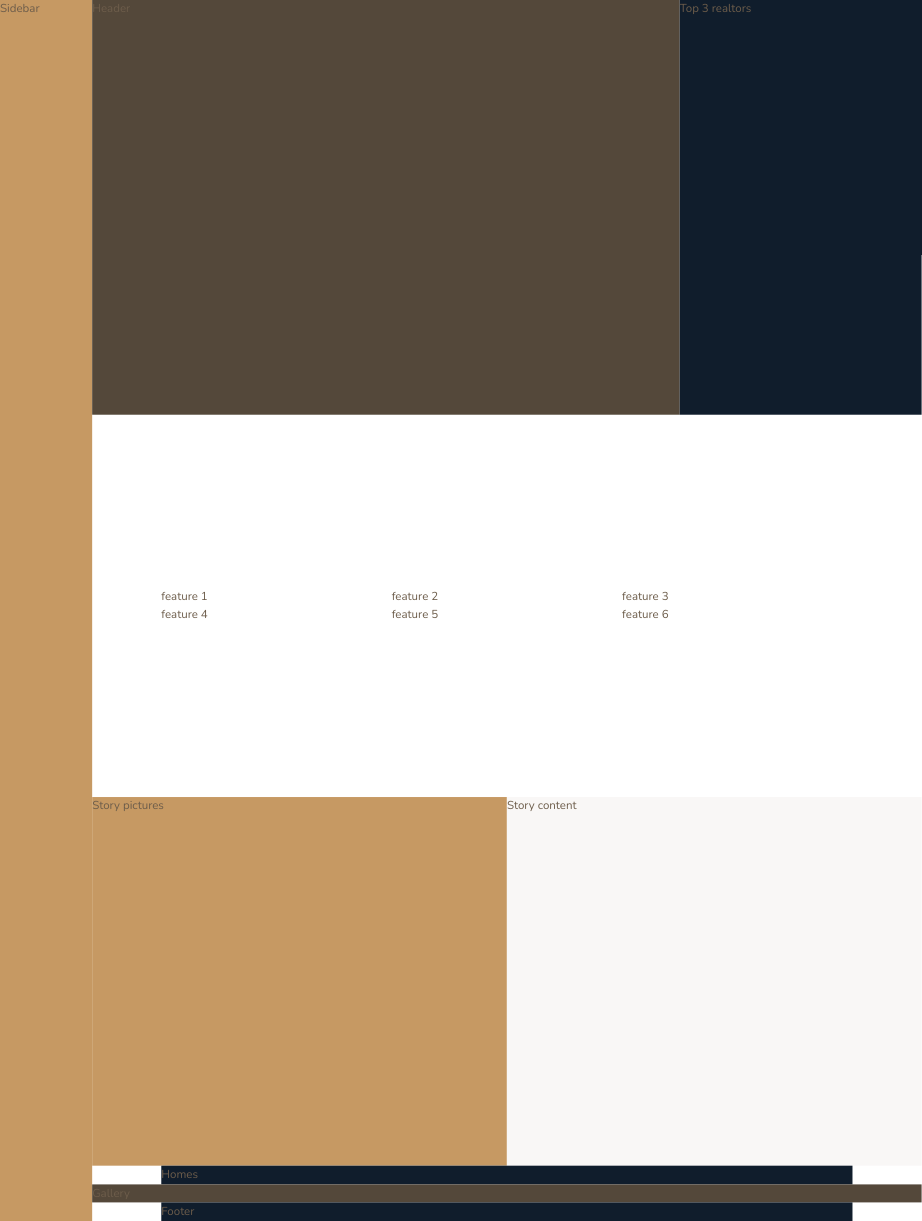
Repository: achwesiuk/nexter
Page: index.html
An editor plug-in stored every save of this project. The page is shown before and after the next save, followed by the edit.
The browser window is 1280 px wide. The pictures show the whole page, at 72% of full size.
The style sheet was rebuilt from its Sass, Less or Tailwind sources for each picture, by a compiler version that may differ from the author's.

Above is the page before, as saved 2021-02-19 17:08:47.

### index.html
<!DOCTYPE html>
<html lang="en">
    <head>
        <meta charset="UTF-8">
        <meta name="viewport" content="width=device-width, initial-scale=1.0">
        <meta http-equiv="X-UA-Compatible" content="ie=edge">

        <link href="https://fonts.googleapis.com/css?family=Josefin+Sans:300,400,400i|Nunito:300,300i" rel="stylesheet">
        <link rel="stylesheet" href="css/style.css">
        <link rel="shortcut icon" type="image/png" href="img/favicon.png">

        <title>nexter &mdash; your home, your freedom</title>
    </head>
    <body class="container">
        <div class="sidebar">
            Sidebar
        </div>

        <header class="header">
            Header
        </header>

        <div class="realtors">
            Top 3 realtors
        </div>

        <section class="features">
            <div class="feature">feature 1</div>
            <div class="feature">feature 2</div>
            <div class="feature">feature 3</div>
            <div class="feature">feature 4</div>
            <div class="feature">feature 5</div>
            <div class="feature">feature 6</div>
        </section>

        <div class="story__pictures">
            Story pictures
        </div>

        <div class="story__content">
            Story content
        </div>

        <section class="homes">
            Homes
        </section>

        <section class="gallery">
            Gallery
        </section>

        <footer>
            Footer
        </footer>
    </body>
</html>

### sass/main.scss
@import "base";
@import "typography";

@import "sidebar";
@import "header";
@import "realtors";
@import "features";
@import "story";
@import "homes";
@import "gallery";
@import "footer";

### sass/_base.scss
// COLOR VARIABLES
$color-primary: #c69963;
$color-primary-dark: #B28451;

$color-secondary: #101d2c;

$color-grey-light-1: #f9f7f6;
$color-grey-light-2: #aaa;

$color-grey-dark-1: #54483A;
$color-grey-dark-2: #6D5D4B;

// FONT VARIABLES
$font-primary: 'Nunito', sans-serif;
$font-display: 'Josefin Sans', sans-serif;

*,
*::before,
*::after {
    margin: 0;
    padding: 0;
    -webkit-box-sizing: inherit;
            box-sizing: inherit; //dziedziczy po HTML
}

.html {
    -webkit-box-sizing: border-box;
            box-sizing: border-box;
    font-size: 62.5%; // 10px / 16px = 62.5% -> 1rem = 10px
}

body {
    font-family: $font-primary;
    color: $color-grey-dark-2;
    font-weight: 300;
    line-height: 1.6;
}

.container {
    display: grid;
    grid-template-rows: 80vh min-content 40vw repeat(3, min-content); // 1.wiersz - wysokość wiersza jest wartością procentową vh; jest to siatka jawna z jednym wierszem, pozostałe elementy będą dodane w siatce niejawnej (elementy, które nie mają miejsca w siatce jawnej)
    // 2. wiersz - wysokość wiersza uzależniona od zawartej w nim treści
    // 2. auto - domyślne, jeżeli nic nie będzie określone; również dopasowuje się do treści
    // 3. wiersz - wiersz uzależniony od szerokości układu (podczas zmiany szerokości widoku zmieniają się wymiary wiersza - zwęża się, rośnie)
    // 4, 5, 6 - wysokość wiersza uzależnione od jego zawartości
    grid-template-columns: [sidebar-start] 8rem [sidebar-end full-start] minmax(6rem, 1fr) [center-start] repeat(8, [col-start] minmax(min-content, 14rem) [col-end]) [center-end] minmax(6rem, 1fr) [full-end];
}

### sass/_sidebar.scss
.sidebar {
    background-color: $color-primary;
    grid-column: sidebar-start / sidebar-end;
    grid-row: 1 / -1;
}

### sass/_header.scss
.header {
    background-color: $color-grey-dark-1;
    grid-column: full-start / col-end 6;
}

### sass/_realtors.scss
.realtors {
    background-color: $color-secondary;
    grid-column: col-start 7 / full-end;
}

### sass/_features.scss
.features {
    grid-column: center-start / center-end;

    margin: 15rem 0;

    display: grid;
    grid-template-columns: repeat(3, 1fr);
    //grid-template-rows: auto auto; niepotrzebne, ponieważ wiersze i tak układają się w ten sposób
}

### sass/_story.scss
.story {

    &__pictures {
        background-color: $color-primary;
        grid-column: full-start / col-end 4;
    }

    &__content {
        background-color: $color-grey-light-1;
        grid-column: col-start 5 / full-end;
    }
}

### sass/_homes.scss
.homes {
    background-color: $color-secondary;
    grid-column: center-start / center-end;
}

### sass/_gallery.scss
.gallery {
    background-color: $color-grey-dark-1;
    grid-column: full-start / full-end;
}

### sass/_footer.scss
footer {
    background-color: $color-secondary;
    grid-column: center-start / center-end;
}

Loaded but not shown: sass/_typography.scss (no stored copy; drawn as an empty file)

After the next save:
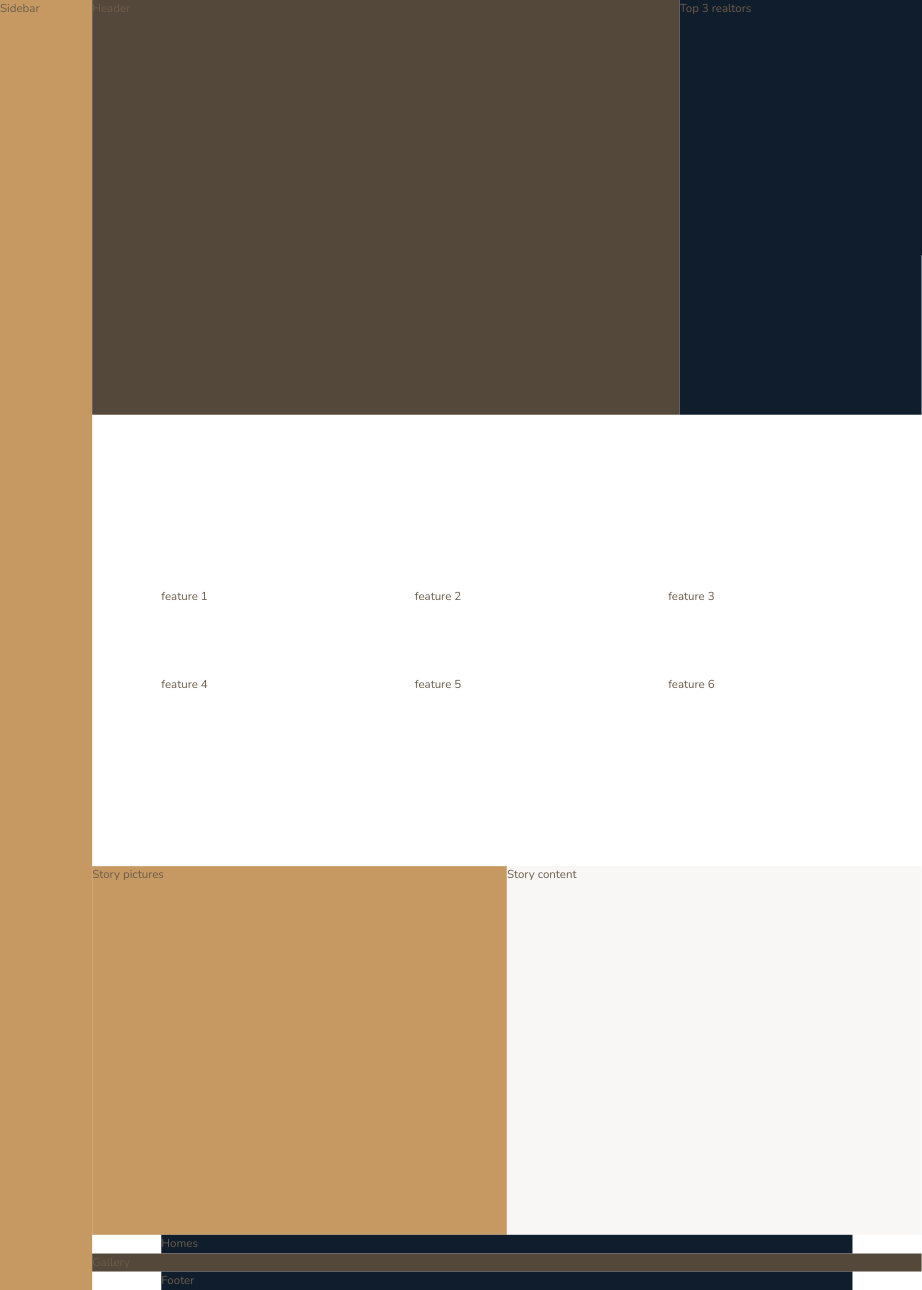
Saved 26 s later.
--- a/sass/_features.scss
+++ b/sass/_features.scss
@@ -6,4 +6,5 @@
     display: grid;
     grid-template-columns: repeat(3, 1fr);
     //grid-template-rows: auto auto; niepotrzebne, ponieważ wiersze i tak układają się w ten sposób
+    grid-gap: 6rem;
 }
